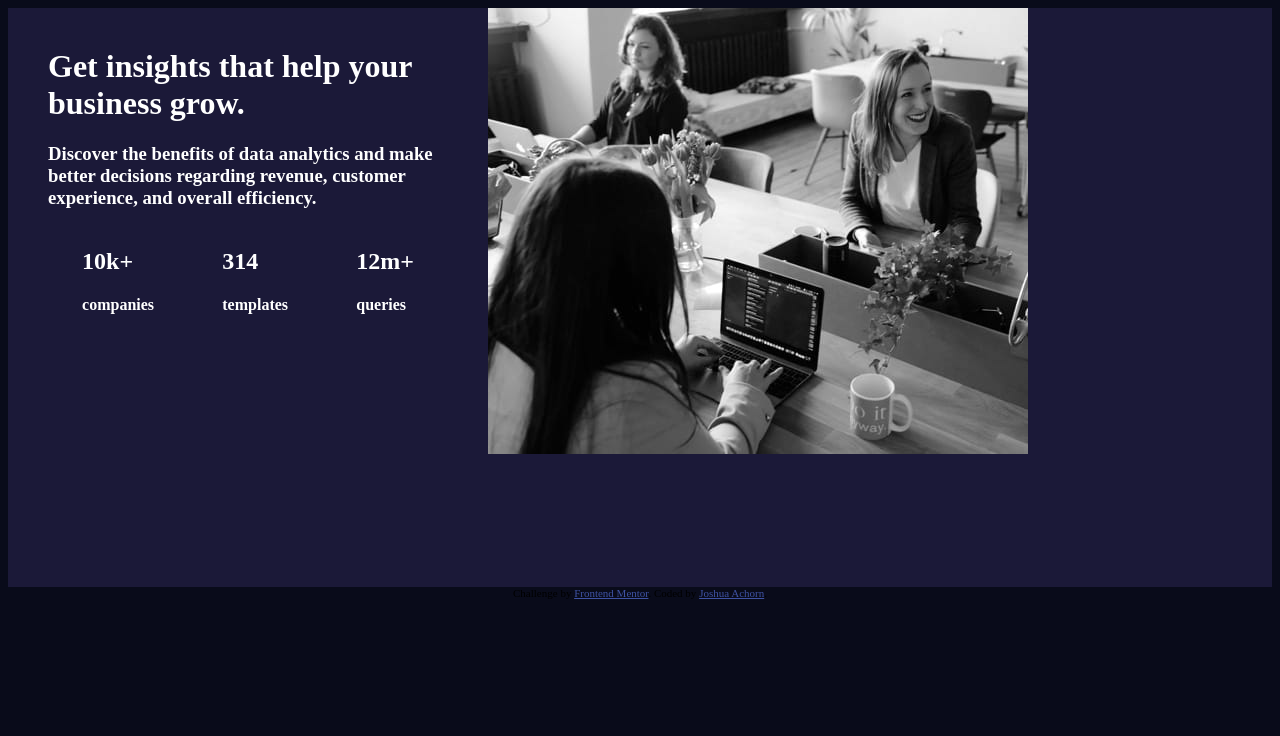
Repository: Achorn/stats-preview-card
Page: index.html
These files come from the project's save history. The page is drawn as it stood at one moment and after the next save; the edit follows.
The browser window is 1280 px wide. The pictures show the whole page.

Above is the page before, as saved 2021-06-16 16:46:49.

### index.html
<!DOCTYPE html>
<html lang="en">
  <head>
    <meta charset="UTF-8" />
    <meta name="viewport" content="width=device-width, initial-scale=1.0" />
    <!-- displays site properly based on user's device -->
    <link rel="stylesheet" href="styles.css" />
    <link
      rel="icon"
      type="image/png"
      sizes="32x32"
      href="./images/favicon-32x32.png"
    />

    <title>Frontend Mentor | Stats preview card component</title>

    <!-- Feel free to remove these styles or customise in your own stylesheet 👍 -->
    <style>
      .attribution {
        font-size: 11px;
        text-align: center;
      }
      .attribution a {
        color: hsl(228, 45%, 44%);
      }
    </style>
  </head>
  <body>
    <div id="card-container">
      <div id="text-container">
        <div id="title-container">
          <h1 id="title">Get insights that help your business grow.</h1>
          <h3>
            Discover the benefits of data analytics and make better decisions
            regarding revenue, customer experience, and overall efficiency.
          </h3>
        </div>

        <div id="desc-container">
          <div id="desc">
            <h2>10k+</h2>
            <h4>companies</h4>
          </div>
          <div id="desc">
            <h2>314</h2>
            <h4>templates</h4>
          </div>
          <div id="desc">
            <h2>12m+</h2>
            <h4>queries</h4>
          </div>
        </div>
      </div>
      <div id="img-container">
        <img id="stat-image" src="/images/image-header-desktop.jpg" alt="" />
      </div>
    </div>
    <div class="attribution">
      Challenge by
      <a href="https://www.frontendmentor.io?ref=challenge" target="_blank"
        >Frontend Mentor</a
      >. Coded by <a href="#">Joshua Achorn</a>.
    </div>
  </body>
</html>

### styles.css
body {
  background-color: hsl(233, 47%, 7%);
  display: grid;
  height: 100vh;
}

@media screen and (max-width: 950px) {
  body {
    background-color: lightblue;
  }
  #card-container {
    flex-direction: column-reverse;
  }
  #text-container {
    text-align: center;
    flex-direction: column;
  }

  #stat-image {
    width: auto;
    height: 100%;
  }
}

#card-container {
  color: white;
  background-color: hsl(244, 38%, 16%);
  display: flex;
}
#img-container {
  width: 400px;
}

#text-container {
  width: 400px;
  height: auto;
  padding: 40px;
}

#desc-container {
  display: flex;
  justify-content: space-around;
}

#title {
  margin-top: 0px;
}

After the next save:
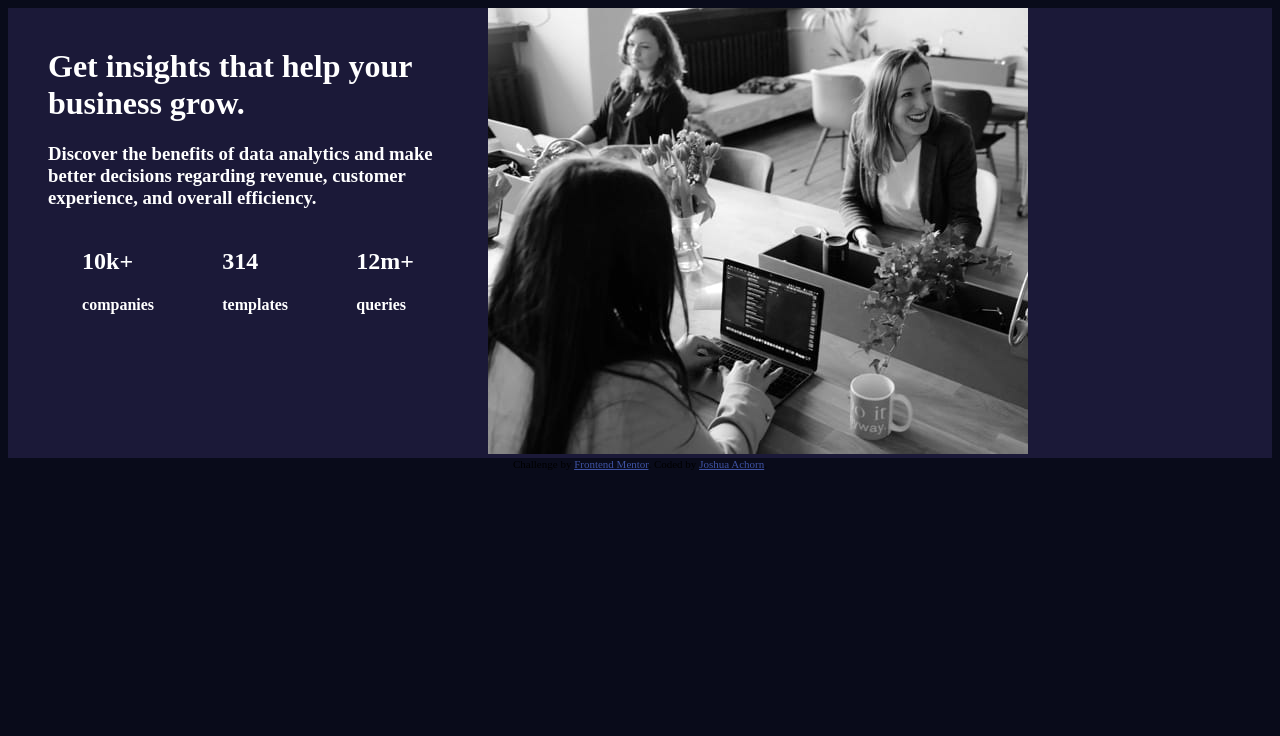
Saved 31 s later.
--- a/styles.css
+++ b/styles.css
@@ -1,6 +1,5 @@
 body {
   background-color: hsl(233, 47%, 7%);
-  display: grid;
   height: 100vh;
 }
 
